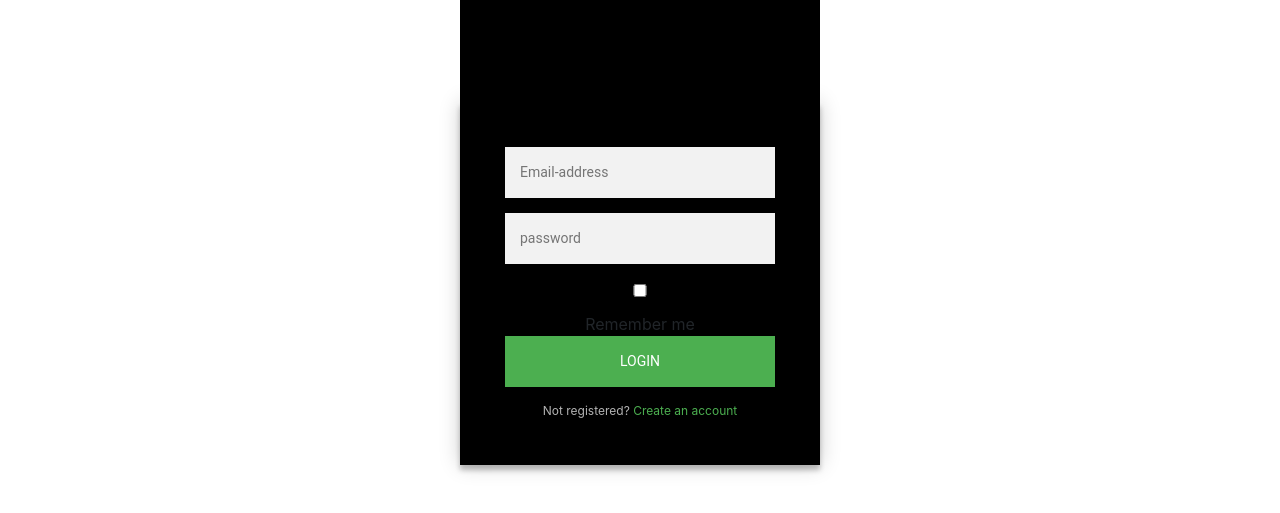
Repository: andbilous/cursor-styled-components
Page: /sign-in
These files come from the project's save history. The page is drawn as it stood at one moment and after a run of saves; the edit follows.
The browser window is 1280 px wide. The pictures show the whole page.
The project was rebuilt for these pictures with package versions that can differ from the ones it lists, and the page was loaded fresh each time. Also part of the build but not shown: src/App.css, src/components/SignUpForm.jsx.

Above is the page before, as saved 2020-04-19 13:27:19.

### src/App.js
import React from 'react';
import {
  BrowserRouter as Router,
  Switch,
  Route,
  Link
} from "react-router-dom";
import './App.css';
import SignInForm from './components/SignInForm';
import SignUpForm from './components/SignUpForm';

function App() {
  return (
   <Router>
      <Switch>
          <Route exact path="/sign-in">
            <SignInForm />
          </Route>
          <Route path="/sign-up">
            <SignUpForm />
          </Route>
        </Switch>
   </Router>
  );
}

export default App;

### src/components/SignInForm.jsx
import React from 'react';
import styled from "styled-components";

const SignInFormStyles=styled.div`
.login-page {
  width: 360px;
  padding: 8% 0 0;
  margin: auto;
  background: #000;
}
.form {
  position: relative;
  z-index: 1;
  max-width: 360px;
  margin: 0 auto 100px;
  padding: 45px;
  text-align: center;
  box-shadow: 0 0 20px 0 rgba(0, 0, 0, 0.2), 0 5px 5px 0 rgba(0, 0, 0, 0.24);
}
.form input {
  font-family: "Roboto", sans-serif;
  outline: 0;
  background: #f2f2f2;
  width: 100%;
  border: 0;
  margin: 0 0 15px;
  padding: 15px;
  box-sizing: border-box;
  font-size: 14px;
}
.form button {
  font-family: "Roboto", sans-serif;
  text-transform: uppercase;
  outline: 0;
  background: #4CAF50;
  width: 100%;
  border: 0;
  padding: 15px;
  color: #FFFFFF;
  font-size: 14px;
  -webkit-transition: all 0.3 ease;
  transition: all 0.3 ease;
  cursor: pointer;
}
.form button:hover,.form button:active,.form button:focus {
  background: #43A047;
}
.form .message {
  margin: 15px 0 0;
  color: #b3b3b3;
  font-size: 12px;
}
.form .message a {
  color: #4CAF50;
  text-decoration: none;
}
.form .register-form {
  display: none;
}
.container {
  position: relative;
  z-index: 1;
  max-width: 300px;
  margin: 0 auto;
}
.container:before, .container:after {
  content: "";
  display: block;
  clear: both;
}
.container .info {
  margin: 50px auto;
  text-align: center;
}
.container .info h1 {
  margin: 0 0 15px;
  padding: 0;
  font-size: 36px;
  font-weight: 300;
  color: #1a1a1a;
}
.container .info span {
  color: #4d4d4d;
  font-size: 12px;
}
.container .info span a {
  color: #000000;
  text-decoration: none;
}
.container .info span .fa {
  color: #EF3B3A;
}
body {
  background: #76b852; /* fallback for old browsers */
  background: -webkit-linear-gradient(right, #76b852, #8DC26F);
  background: -moz-linear-gradient(right, #76b852, #8DC26F);
  background: -o-linear-gradient(right, #76b852, #8DC26F);
  background: linear-gradient(to left, #76b852, #8DC26F);
  font-family: "Roboto", sans-serif;
  -webkit-font-smoothing: antialiased;
  -moz-osx-font-smoothing: grayscale;
}
`


const SignInForm =() =>{
  return (
    <SignInFormStyles>
<div class="login-page">
  <div class="form">
    <form class="login-form">
    <input type="text" placeholder="Email-address"/>
      <input type="password" placeholder="password"/>
      <input type="checkbox"/>
      <span>Remember me</span>
      <button>login</button>
      <p class="message">Not registered? <a href="#">Create an account</a></p>
    </form>
  </div>
</div>
    </SignInFormStyles>

  )
}


export default  SignInForm;

Loaded but not shown: public/index.html (common file); src/index.js (common file); src/index.css (common file); src/serviceWorker.js (common file)

After the next 3 saves:
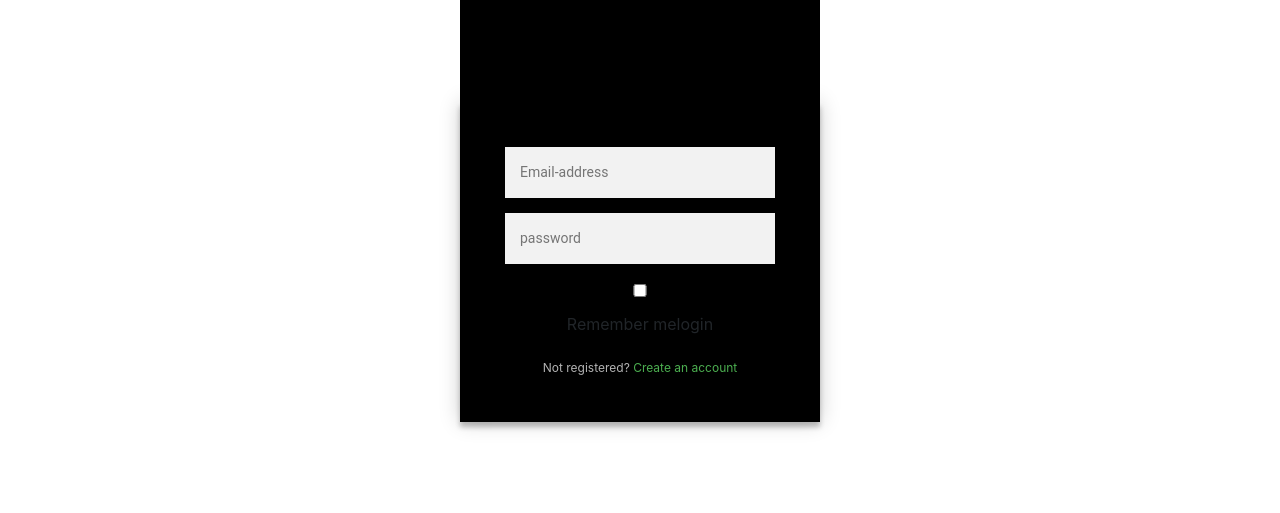
The 3 saves are shown as one change because 1 did not build or start and some came seconds apart.
The last was saved 14 s later.
--- a/src/components/SignInForm.jsx
+++ b/src/components/SignInForm.jsx
@@ -113,7 +113,7 @@ const SignInForm =() =>{
       <input type="password" placeholder="password"/>
       <input type="checkbox"/>
       <span>Remember me</span>
-      <button>login</button>
+      <label>login</label>
       <p class="message">Not registered? <a href="#">Create an account</a></p>
     </form>
   </div>
